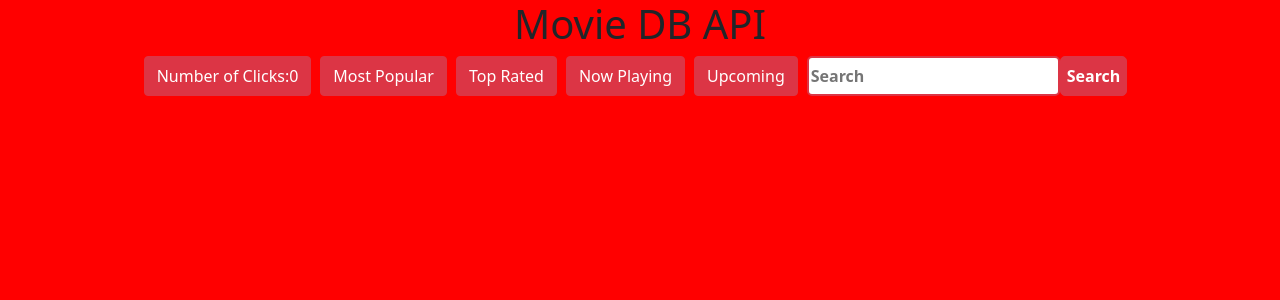
Repository: chaampavictor/moviedbapi
Page: /
These files come from the project's save history. The page is drawn as it stood at one moment and after the next save; the edit follows.
The browser window is 1280 px wide. The pictures show the whole page.
The page's requests for data from a server got no answer. The project was rebuilt for these pictures with package versions that can differ from the ones it lists, and the page was loaded fresh each time. No one was signed in, and anything a server would have sent is missing. Also part of the build but not shown: src/components/details.js.

Above is the page before, as saved 2022-01-22 12:30:14.

### src/index.css
body {
  margin: 0;
  font-family: -apple-system, BlinkMacSystemFont, "Segoe UI", "Roboto", "Oxygen",
    "Ubuntu", "Cantarell", "Fira Sans", "Droid Sans", "Helvetica Neue",
    sans-serif;
  -webkit-font-smoothing: antialiased;
  -moz-osx-font-smoothing: grayscale;
  background: red !important;
}

code {
  font-family: source-code-pro, Menlo, Monaco, Consolas, "Courier New",
    monospace;
}

### src/App.js
import React, { useEffect, useState } from "react";
import axios from "axios";
import "./App.css";
import "bootstrap/dist/css/bootstrap.min.css";
import Modal from "react-bootstrap/Modal";

import Button from "react-bootstrap/Button";
import Searchform from "./components/searchform.js";
import Filterbutton from "./components/filterbutton";

import Details from "./components/details";
import { useCallback } from "react";
const api_key = "872c70d736d1ef4484522f734137927d";
const BASE_URL = "https://api.themoviedb.org/3";
const getImage = (path) => `https://image.tmdb.org/t/p/w300/${path}`;

function App() {
  const [data, setData] = useState([]);
  const [details, setDetails] = useState([]);
  const [show, setShow] = useState(false);
  const [count, setCount] = useState(0);
  const handleClose = () => setShow(false);

  const api = axios.create({ baseURL: BASE_URL });

  const getUpcoming = api.get("/movie/popular", { params: { api_key } });

  useEffect(() => {
    getUpcoming.then((res) => {
      setData(res.data.results);
    });
  }, []);

  const GetMostPopular = () => {
    setCount(count + 1);

    const toprated = api.get("/movie/popular", { params: { api_key } });
    toprated.then((res) => {
      console.log("get popular", res.data.results);
      setData(res.data.results);
    });
  };

  const GetTopRated = (res) => {
    setCount(count + 1);

    const toprated = api.get("/movie/top_rated", { params: { api_key } });
    toprated.then((res) => {
      console.log("get top rated", res.data.results);
      setData(res.data.results);
    });
  };

  const PlayingNow = () => {
    setCount(count + 1);
    const name = "now_playing";
    const latest = api.get(`movie/${name}`, { params: { api_key } });
    latest.then((res) => {
      console.log("now_playing movies", res.data);
      setData(res.data.results);
    });
  };

  const GetUpcoming = () => {
    setCount(count + 1);

    const latest = api.get("movie/upcoming", { params: { api_key } });
    latest.then((res) => {
      console.log("latest movies", res.data);
      setData(res.data.results);
    });
  };

  const searchMovie = (name) => {
    setCount(count + 1);

    console.log(name);
    const query = name;
    const latest = api.get("search/movie", { params: { api_key, query } });
    latest.then((res) => {
      setData(res.data.results);
    });
  };

  return (
    <div className="App">
      <h1 style={{ textAlign: "center" }}>Movie DB API</h1>
      <header>
        <div
          style={{
            display: "flex",
            justifyContent: "center",
            alignItems: "center",
            marginBottom: "12px",
          }}
        >
          {/**/}
          <Button variant="danger" className="filterbutton">
            Number of Clicks:{count}
          </Button>
          <Filterbutton
            PlayingNow={PlayingNow}
            GetUpcoming={GetUpcoming}
            GetTopRated={GetTopRated}
            GetMostPopular={GetMostPopular}
          />

          <Searchform handleSubmit={searchMovie} />
        </div>
        <Modal
          aria-labelledby="example-custom-modal-styling-title"
          centered
          size="lg"
          show={show}
          onHide={handleClose}
          animation={true}
        >
          <Details data={details} />
        </Modal>
        <div
          className="explore-card-columns  container-fluid"
          style={{ marginBottom: "100px" }}
        >
          {data.map((movie) => (
            <div className="item">
              <div class="hover01 column">
                <div>
                  <figure>
                    <img
                      onClick={() => {
                        setShow(true);
                        setDetails(movie);
                        setCount(count + 1);
                      }}
                      src={getImage(movie.poster_path)}
                      alt="poster"
                      className="image-item"
                    />
                  </figure>
                </div>
              </div>
            </div>
          ))}
        </div>
      </header>
    </div>
  );
}

export default App;

### src/App.css
.explore-nav {
  padding-top: 30px;
}

.item {
  margin-bottom: 15px;
}

.image-item:hover {
  opacity: 0.5;
}

.container {
  position: relative;
  width: 50%;
}

.modalcontainer {
  background-color: red;
  position: relative;
  font-family: Arial;
}

.submitbutton {
  height: 40px;
  margin-right: 9px;
  background: #dc3545;
  border: #dc3545 1px solid;
  border-radius: 5px;
  color: white;
  font-weight: bolder;
}

.searchbutton {
  border: 2px solid #dc3545;

  height: 40px;
  /* margin-right: 9px; */

  border-radius: 5px;

  font-weight: bolder;
}

.text-block {
  position: absolute;
  bottom: 260px;
  height: 210px;
  /* right: 150px; */
  /* background-color: #000000db; */
  color: white;
  padding-left: 20px;
  padding-right: 20px;
}

.image-item {
  opacity: 1;
  display: block;
  width: 100%;
  height: auto;
  transition: 0.5s ease;
  backface-visibility: hidden;
  border-radius: 52px;
  cursor: pointer;
}

.container:hover .image {
  opacity: 0.3;
}

.container:hover .middle {
  opacity: 1;
}

.text {
  background-color: red;
  color: white;
  font-size: 16px;
  padding: 16px 32px;
}

.modal-header {
  display: flex;
  flex-shrink: 0;
  align-items: center;
  justify-content: space-between;
  padding: 1rem 1rem;
  border-bottom: none !important;
  border-top-left-radius: calc(0.3rem - 1px);
  border-top-right-radius: calc(0.3rem - 1px);
}

.filterbutton {
  height: 40px;
  margin-right: 9px;
  background: red;
  border: red 1px solid;
  border-radius: 5px;
  color: white;
  font-weight: bolder;
}

.figure {
  width: 200px;
  height: 150px;
  margin: 0;
  padding: 0;
  background: #fff;
  overflow: hidden;
}
.figure:hover + span {
  bottom: -36px;
  opacity: 1;
}

/* Zoom In #1 */
.hover01 figure img {
  -webkit-transform: scale(0.9);
  transform: scale(1);
  -webkit-transition: 0.3s ease-in-out;
  transition: 0.3s ease-in-out;
}
.hover01 figure:hover img {
  -webkit-transform: scale(1);
  transform: scale(1.04);
}

.explore-body .card-body:hover {
  /* color: #30adb4; */
  background: "#32c709";
}

.card {
  border: 0px solid rgba(0, 0, 0, 0.125) !important;
}

.user-reaction div {
  padding-right: 20px;
}

.explore-card-columns .card {
  margin-bottom: 0.79rem;
}
@media screen and (min-width: 992px) {
  .explore-card-columns {
    -webkit-column-count: 4;
    -moz-column-count: 4;
    column-count: 4;
    -webkit-column-gap: 1.25rem;
    -moz-column-gap: 1.25rem;
    column-gap: 1.25rem;
  }
  .explore-card-columns .card {
    display: inline-block;
    width: 100%;
  }
}
@media screen and (max-width: 992px) {
  .explore-card-columns {
    -webkit-column-count: 2;
    -moz-column-count: 2;
    column-count: 2;
  }
}
@media screen and (max-width: 600px) {
  .explore-card-columns {
    -webkit-column-count: 1;
    -moz-column-count: 1;
    column-count: 1;
  }
}

### src/components/searchform.js
import React from "react";

import { useCallback, useState } from "react";

export default function Searchform({ handleSubmit, data }) {
  const [name, setName] = useState("");

  return (
    <div>
      <label>
        <input
          type="text"
          value={name}
          onChange={(e) => setName(e.target.value)}
          placeholder="Search "
          className="searchbutton"
        />
      </label>
      <input
        onClick={() => handleSubmit(name)}
        type="submit"
        value="Search"
        className="submitbutton"
      />
    </div>
  );
}

### src/components/filterbutton.js
import React from "react";

import { useCallback, useState } from "react";
import Button from "react-bootstrap/Button";

export default function Filterbutton({
  GetMostPopular,
  GetTopRated,
  PlayingNow,
  GetUpcoming,
}) {
  return (
    <>
      <Button
        variant="danger"
        className="filterbutton"
        onClick={GetMostPopular}
      >
        Most Popular
      </Button>
      <Button variant="danger" className="filterbutton" onClick={GetTopRated}>
        Top Rated
      </Button>
      <Button variant="danger" className="filterbutton" onClick={PlayingNow}>
        {" "}
        Now Playing
      </Button>
      <Button variant="danger" className="filterbutton" onClick={GetUpcoming}>
        {" "}
        Upcoming
      </Button>
    </>
  );
}

Loaded but not shown: public/index.html (common file); src/index.js (common file); src/reportWebVitals.js (common file)

After the next save:
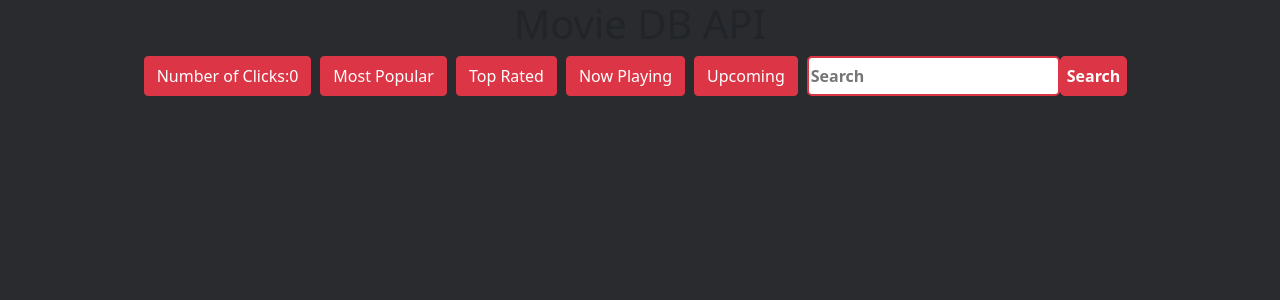
Saved 15 s later.
--- a/src/index.css
+++ b/src/index.css
@@ -5,7 +5,7 @@ body {
     sans-serif;
   -webkit-font-smoothing: antialiased;
   -moz-osx-font-smoothing: grayscale;
-  background: red !important;
+  background: #2a2b2e !important;
 }
 
 code {
